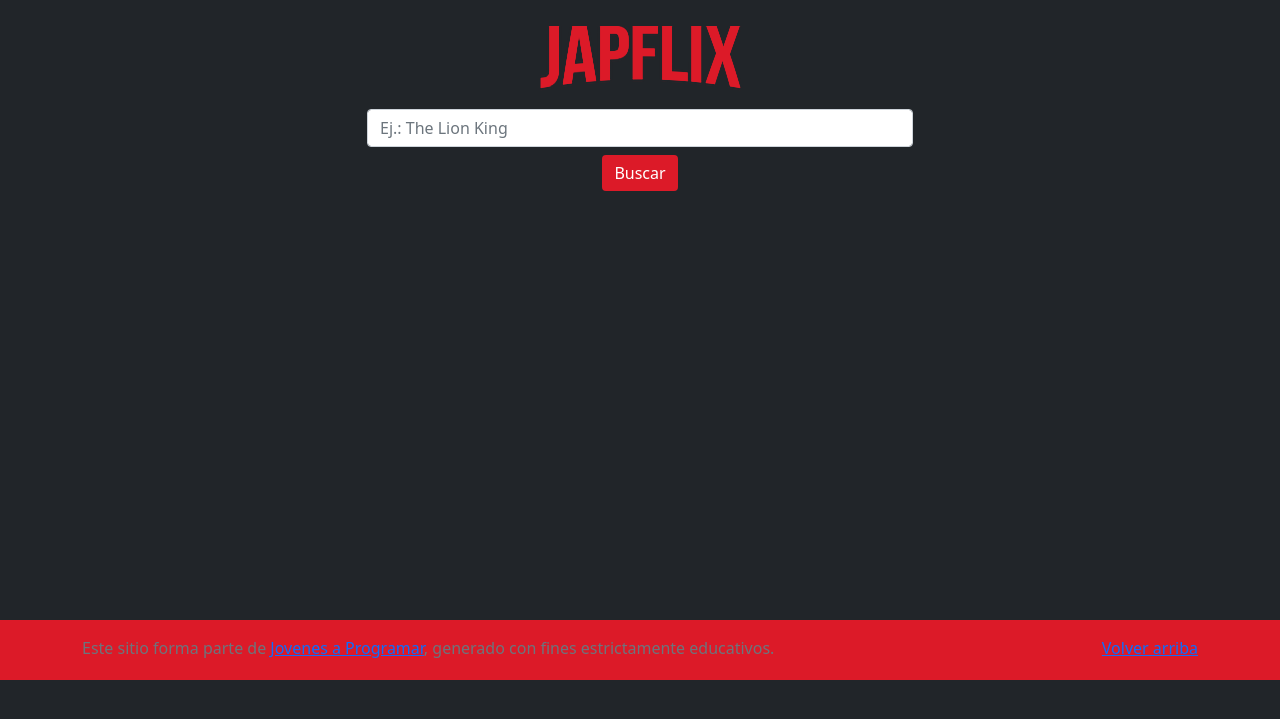
Repository: romancegirl/japflix
Page: index.html
These files come from the project's save history. The page is drawn as it stood at one moment and after the next save; the edit follows.
The browser window is 1280 px wide. The pictures show the whole page.
The page's requests for data from a server got no answer.

Above is the page before, as saved 2024-10-30 14:36:00.

### index.html
<!doctype html>
<html lang="es">

<head>
  <meta charset="utf-8">
  <meta name="viewport" content="width=device-width, initial-scale=1">
  <title>Japflix</title>

  <link href="css/bootstrap.min.css" rel="stylesheet">
  <link rel="stylesheet" href="https://cdnjs.cloudflare.com/ajax/libs/font-awesome/4.7.0/css/font-awesome.min.css">
  <link rel="stylesheet" href="css/style.css">

</head>

<body class="bg-dark">
  <main>
    <div class="text-center container">
      <div class="row py-lg-3">
        <div class="col-lg-6 col-md-8 mx-auto">
          <h1 class="fw-light"><img src="img/japflix.png" alt=""></h1>
          <input type="search" class="form-control" name="buscar" id="inputBuscar" placeholder="Ej.: The Lion King">
          <button class="btn btn-danger m-2" id="btnBuscar">Buscar</button>
        </div>
      </div>
    </div>

    <div class="album">
      <ul class="list-group container" id="lista">
      </ul>
    </div>
  </main>

  <footer class="text-muted py-3">
    <div class="container">
      <p class="float-end mb-1">
        <a href="#">Volver arriba</a>
      </p>
      <p class="mb-1">Este sitio forma parte de <a href="https://jovenesaprogramar.edu.uy/" target="_blank">
          Jovenes a Programar</a>, generado con fines estrictamente educativos.
    </div>
  </footer>

  <div class="offcanvas offcanvas-top text-bg-dark" id="movieDetails" tabindex="-1" aria-labelledby="movieDetailsLabel">
    <div class="offcanvas-header">
      <h5 id="movieTitle"></h5>
      <button type="button" class="btn-close btn-close-white" data-bs-dismiss="offcanvas" aria-label="Close"></button>
    </div>
    <div class="offcanvas-body">
      <p id="movieOverview"></p>
      <p><strong>Géneros:</strong> <span id="movieGenres"></span></p>
      <button class="btn btn-danger dropdown-toggle" data-bs-toggle="dropdown" aria-expanded="false" id="btnInfo">Más
        información</button>
      <ul class="dropdown-menu">
        <li><strong>Año de lanzamiento:</strong> <span id="movieYear"></span></li>
        <hr>
        <li><strong>Duración:</strong> <span id="movieDuration"></span> min</li>
        <hr>
        <li><strong>Presupuesto:</strong> $<span id="movieBudget"></span></li>
        <hr>
        <li><strong>Ganancias:</strong> $<span id="movieRevenue"></span></li>
      </ul>
    </div>
  </div>


  <script src="js/bootstrap.bundle.min.js"></script>
  <script src="js/bootstrap.bundle.min.js.map"></script>
  <script src="js/script.js"></script>
</body>

</html>

### css/style.css
.img-card-fit {
    object-fit: cover;
    width: 100%;
    height: auto;
}

.img-cont {
    height: 200px;
    overflow: hidden;
    background-color: beige;
}

.card-content {
    height: 150px;
    overflow: auto;
}

main {
    min-height: calc(100vh - 100px);
}

#btnBuscar, #btnInfo {
    background-color: #DC1A28;
    border: none;
}

.checked {
    color: orange;
}

.offcanvas-top {
    height: fit-content;
}

.list-group-item .d-flex {
    gap: 10px;
}

@media (max-width: 768px) {
    .list-group-item .d-flex {
        flex-direction: column;
        align-items: flex-start;
    }

    .list-group-item .d-flex p,
    .list-group-item .d-flex div {
        align-self: flex-start;
        width: 100%;
        margin: 0;
    }

    .list-group-item .d-flex div {
        margin-top: 8px;
    }
}

#movieGenres {
    font-style: italic;
}

.dropdown-menu {
    padding: 1rem 2rem;
}
footer {
    background-color: #DC1A28;
    color: #ffffff;
    position: sticky;
    bottom: 0;
    width: 100%;
  }

### js/script.js
document.addEventListener("DOMContentLoaded", () => {
    fetchMovies();
});

let moviesData = [];

async function fetchMovies() {
    try {
        const response = await fetch("https://japceibal.github.io/japflix_api/movies-data.json");
        moviesData = await response.json();
    } catch (error) {
        console.error("Error al obtener datos de la API:", error);
    }
}

document.getElementById("btnBuscar").addEventListener("click", () => searchMovies());

document.getElementById("inputBuscar").addEventListener("keydown", (event) => {
    if (event.key === "Enter") {
        event.preventDefault();
        searchMovies();
    }
});

function searchMovies() {
    const searchTerm = document.getElementById("inputBuscar").value.toLowerCase();
    if (searchTerm) {
        const results = moviesData.filter(movie =>
            movie.title.toLowerCase().includes(searchTerm) ||
            movie.genres.some(genre => genre.name.toLowerCase().includes(searchTerm)) ||
            (movie.tagline && movie.tagline.toLowerCase().includes(searchTerm)) ||
            (movie.overview && movie.overview.toLowerCase().includes(searchTerm))
        );
        displayMovies(results);
    }
}

function displayMovies(movies) {
    const lista = document.getElementById("lista");
    lista.innerHTML = "";

    if (movies.length === 0) {
        // Si no hay resultados, muestra el mensaje de "no se encontraron películas"
        const noResultsMessage = document.createElement("li");
        noResultsMessage.className = "list-group-item bg-dark text-white text-center";
        noResultsMessage.textContent = "Ups! No hemos encontrado ninguna película. ¡Vuelve a intentarlo!";
        lista.appendChild(noResultsMessage);
    } else {
        // Si hay resultados, elimina el mensaje de error previo
        movies.forEach(movie => {
            const listItem = document.createElement("li");
            listItem.className = "list-group-item bg-dark text-white";
            listItem.innerHTML = `
                <h5>${movie.title}</h5>
                <div class="d-flex justify-content-between align-items-center">
                    <p><i>${movie.tagline}</i></p>
                    <div>${renderStars(movie.vote_average)}</div>
                </div>
            `;
            listItem.addEventListener("click", () => showMovieDetails(movie));
            lista.appendChild(listItem);
        });
    }
}

function renderStars(vote) {
    let stars = "";
    for (let i = 1; i <= 5; i++) {
        stars += `<span class="fa fa-star ${i <= vote / 2 ? "checked" : ""}"></span>`;
    }
    return stars;
}

function showMovieDetails(movie) {
    document.getElementById("movieTitle").textContent = movie.title;
    document.getElementById("movieOverview").textContent = movie.overview;
    document.getElementById("movieGenres").textContent = movie.genres.map(genre => genre.name).join(", ");
    document.getElementById("movieYear").textContent = new Date(movie.release_date).getFullYear();
    document.getElementById("movieDuration").textContent = movie.runtime;
    document.getElementById("movieBudget").textContent = movie.budget.toLocaleString();
    document.getElementById("movieRevenue").textContent = movie.revenue.toLocaleString();

    const offcanvas = new bootstrap.Offcanvas(document.getElementById("movieDetails"));
    offcanvas.show();
}

Loaded but not shown: css/bootstrap.min.css (library); js/bootstrap.bundle.min.js (library)

After the next save:
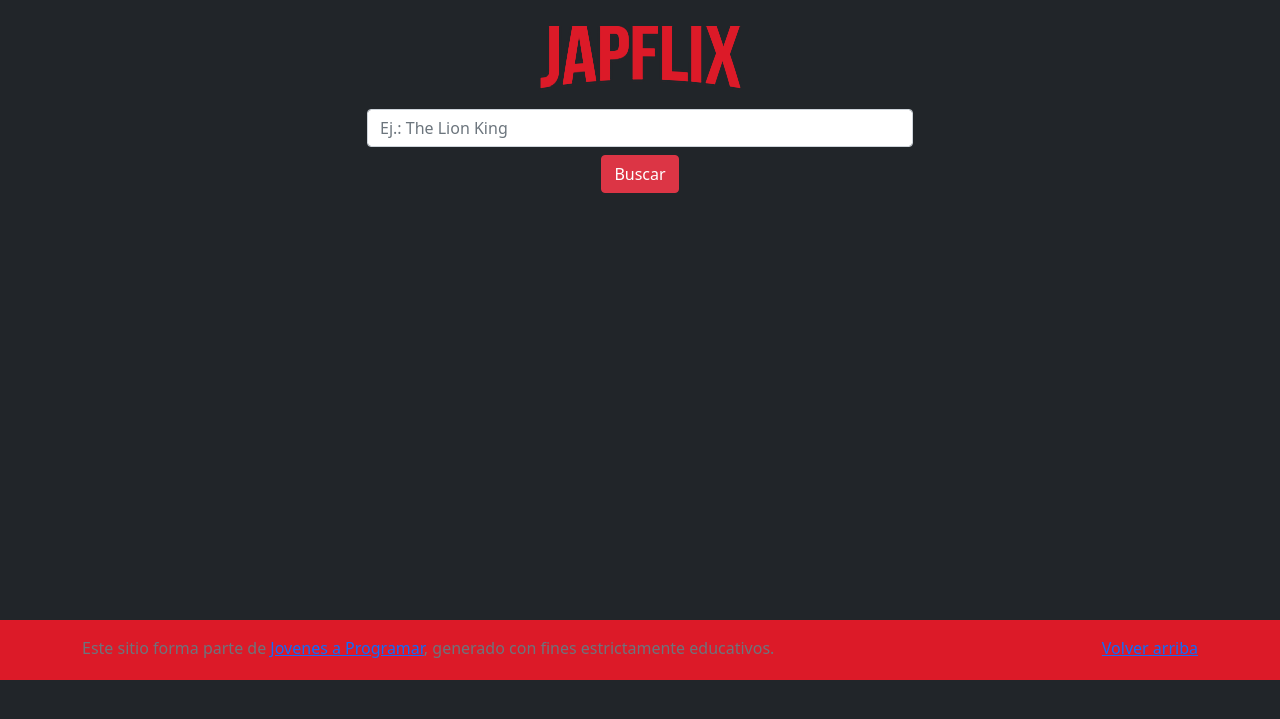
Saved 23 s later.
--- a/css/style.css
+++ b/css/style.css
@@ -17,11 +17,6 @@
 
 main {
     min-height: calc(100vh - 100px);
-}
-
-#btnBuscar, #btnInfo {
-    background-color: #DC1A28;
-    border: none;
 }
 
 .checked {
@@ -63,7 +58,6 @@
 }
 footer {
     background-color: #DC1A28;
-    color: #ffffff;
     position: sticky;
     bottom: 0;
     width: 100%;
